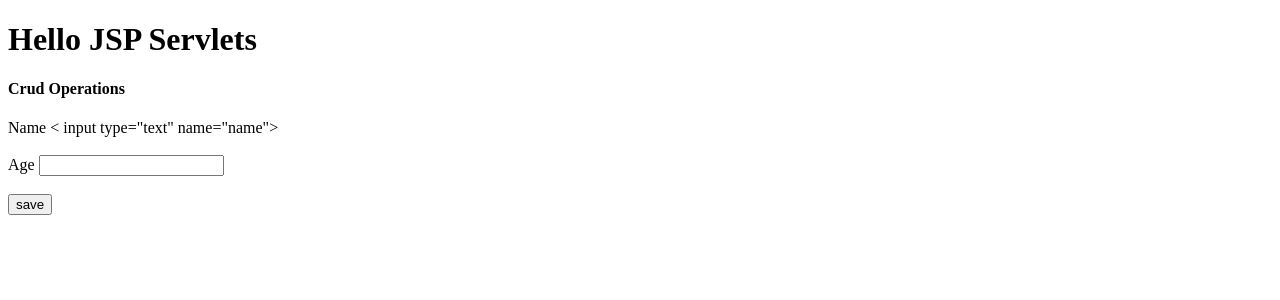
Repository: dannyAtcs/JavaSpringBoot
Page: Day-1/Demo/src/main/webapp/index.html
These files come from the project's save history. The page is drawn as it stood at one moment and after the next save; the edit follows.
The browser window is 1280 px wide. The pictures show the whole page.

Above is the page before, as saved 2022-06-13 11:07:44.

### Day-1/Demo/src/main/webapp/index.html
<!DOCTYPE html>
<html>
<head>
<meta charset="ISO-8859-1">
<title>HomePage</title>
</head>
<body>
<h1> Hello JSP Servlets</h1>

<h4> Crud Operations </h4>

<form>
Name < input type="text"  name="name">
<br>
<br>
Age <input type = "text"  age="age">
<br>
<br>
<input type="submit"  value="save">
</form>
</body>
</html>

After the next save:
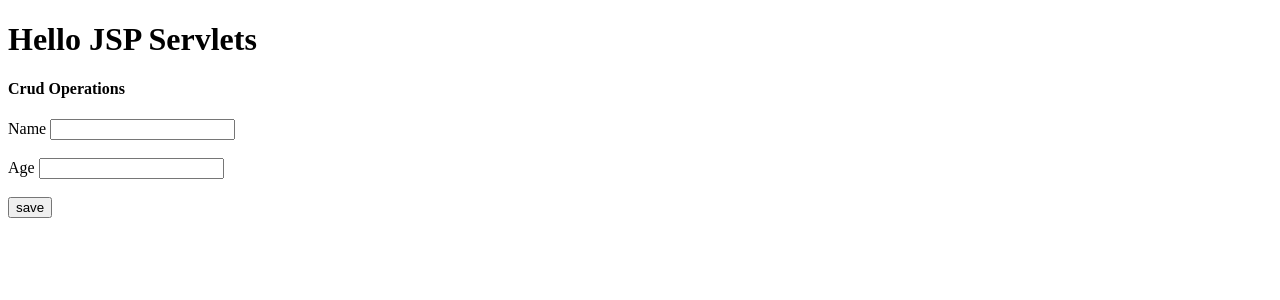
Saved 6 s later.
--- a/Day-1/Demo/src/main/webapp/index.html
+++ b/Day-1/Demo/src/main/webapp/index.html
@@ -10,7 +10,7 @@
 <h4> Crud Operations </h4>
 
 <form>
-Name < input type="text"  name="name">
+Name <input type="text"  name="name">
 <br>
 <br>
 Age <input type = "text"  age="age">
